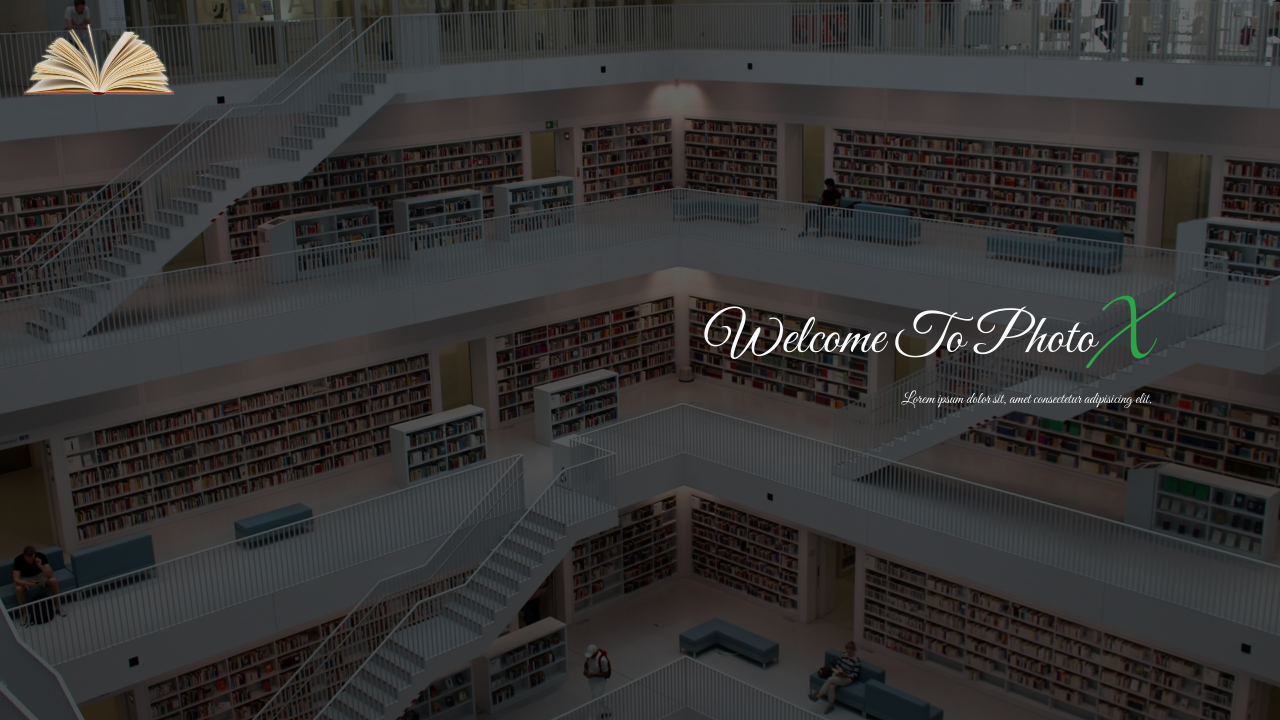
Repository: imedakrouti/BookStore
Page: index.html
An editor plug-in stored every save of this project. The page is shown before and after the next save, followed by the edit.
The browser window is 1280 px wide. The pictures show the whole page.
Backgrounds fixed to the window are drawn as part of the page. Some web libraries are served in a nearby version.

Above is the page before, as saved 2020-05-05 15:42:07.

### index.html
<!DOCTYPE html>
<html lang="en">
<head>
    <meta charset="UTF-8">
    <!-- meta view-port responsive design -->
    <meta name="viewport" content="width=device-width, initial-scale=1.0">
    <!-- Favicon -->
    <link rel="shortcut icon" href="images/img/title-img.png" type="image/x-icon">
    <!-- Fontawsome -->
    <link rel="stylesheet" href="https://use.fontawesome.com/releases/v5.0.10/css/all.css" integrity="sha384-+d0P83n9kaQMCwj8F4RJB66tzIwOKmrdb46+porD/OvrJ+37WqIM7UoBtwHO6Nlg" crossorigin="anonymous">
    <!-- Css Bootstrap -->
    <link rel="stylesheet" href="pluguin/bootstrap/css/bootstrap.min.css">
    <!-- Css style -->
    <link rel="stylesheet" href="styles/styles.css">
    <title>Books Site</title>
</head>
<body>
    <!-- Header -->
    <header>
        <div>
            <a href=""><img src="images/img/book.png"width="150px" class="img-fluid m-4" alt=""></a>
        </div>
       <!-- banner -->
       <div class="text-light text-md-right text-center banner">
        <h1 class="display-4 text-light"> Welcome To Photo<span class="text-uppercase text-success display-3">x</span></h1>
        <p class="leed ">Lorem ipsum dolor sit, amet consectetur adipisicing elit.</p>
         </div>

         <!-- End banner -->
    </header>
    <!-- End Of Header -->
<!-- Jquery -->
<script src="pluguin/jquery-3.3.1.min.js"></script>
<!-- Popper js -->
<script src="pluguin/popper.js"></script>
<!-- Bootstrap js  -->
<script src="pluguin/bootstrap/js/bootstrap.min.js"></script>
<!-- Own js file -->
<script src="js/script.js"></script>
</body>
</html>

### styles/styles.css
@import url('https://fonts.googleapis.com/css?family=Great+Vibes&display=swap');

*{
    margin: 0;
    padding: 0;
    box-sizing:border-box;
}
body{
    font-family: 'Great Vibes', cursive;
}
a:hover{
    text-decoration: none;
}
header{
    height: 100vh;
    background:linear-gradient(rgba(0,0,0,0.6),rgba(0,0,0,0.7)),url('../images/img/header-bg.jpeg')no-repeat fixed center /cover;
}
.hero{
    display: flex;
    justify-content: center;
    align-items: center;
}
.banner{
    /* height: 100vh;
    display: flex;
    align-items:flex-end;
    width: 90%;
    justify-content: center;
    flex-direction: column; */

   position:absolute;
    top:50%;
    left: 50%;
    transform: translate(-50%,-50%);
    -webkit-transform: translate(-50%,-50%);
    -moz-transform: translate(-50%,-50%);
    -ms-transform: translate(-50%,-50%);
    -o-transform: translate(-50%,-50%);
    width: 80%;

    /* text-align: right; */
}

Loaded but not shown: pluguin/bootstrap/css/bootstrap.min.css (library); pluguin/jquery-3.3.1.min.js (library); pluguin/popper.js (library); pluguin/bootstrap/js/bootstrap.min.js (library); js/script.js (no stored copy; drawn as an empty file)

After the next save:
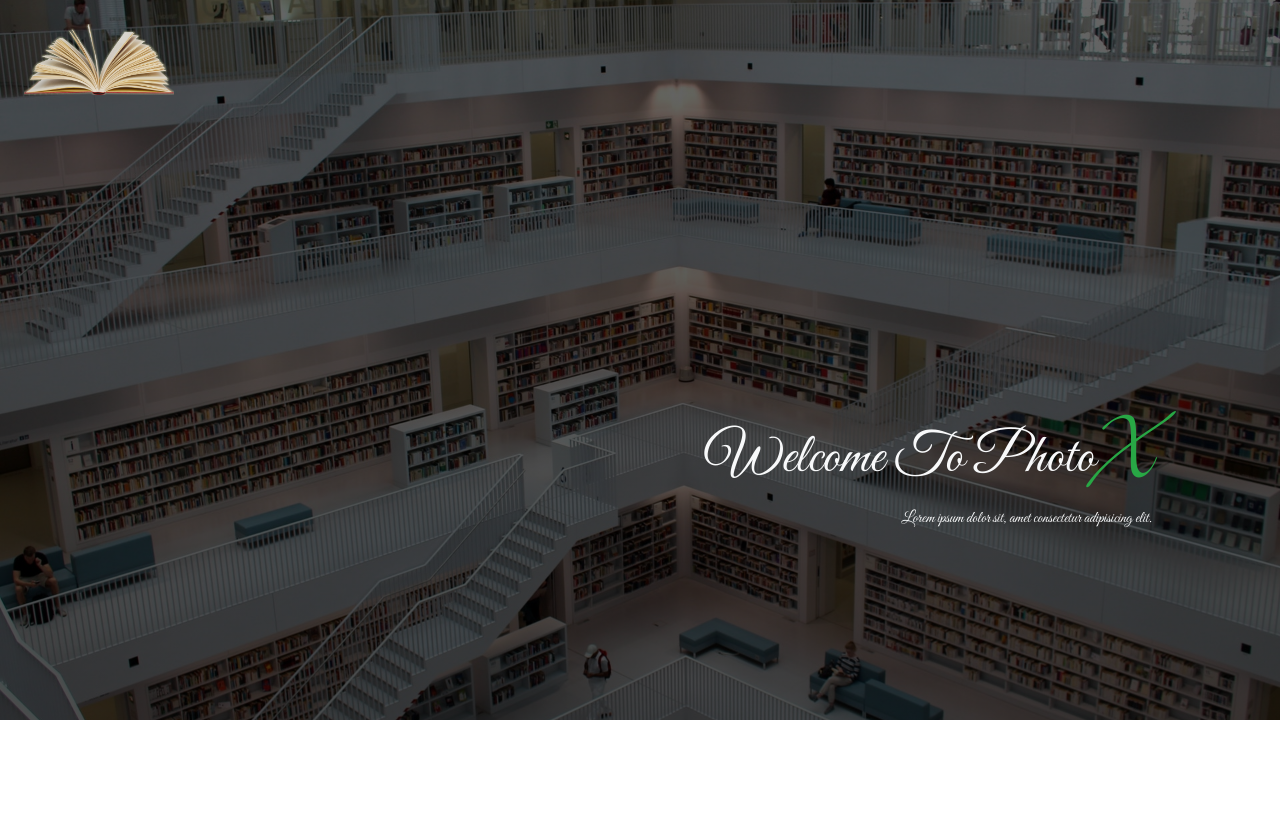
Saved 17 s later.
--- a/styles/styles.css
+++ b/styles/styles.css
@@ -21,14 +21,14 @@ header{
     align-items: center;
 }
 .banner{
-    /* height: 100vh;
+    height: 100vh;
     display: flex;
     align-items:flex-end;
     width: 90%;
     justify-content: center;
-    flex-direction: column; */
+    flex-direction: column;
 
-   position:absolute;
+   /* position:absolute;
     top:50%;
     left: 50%;
     transform: translate(-50%,-50%);
@@ -37,6 +37,6 @@ header{
     -ms-transform: translate(-50%,-50%);
     -o-transform: translate(-50%,-50%);
     width: 80%;
-
+     */
     /* text-align: right; */
 }

After the save that followed:
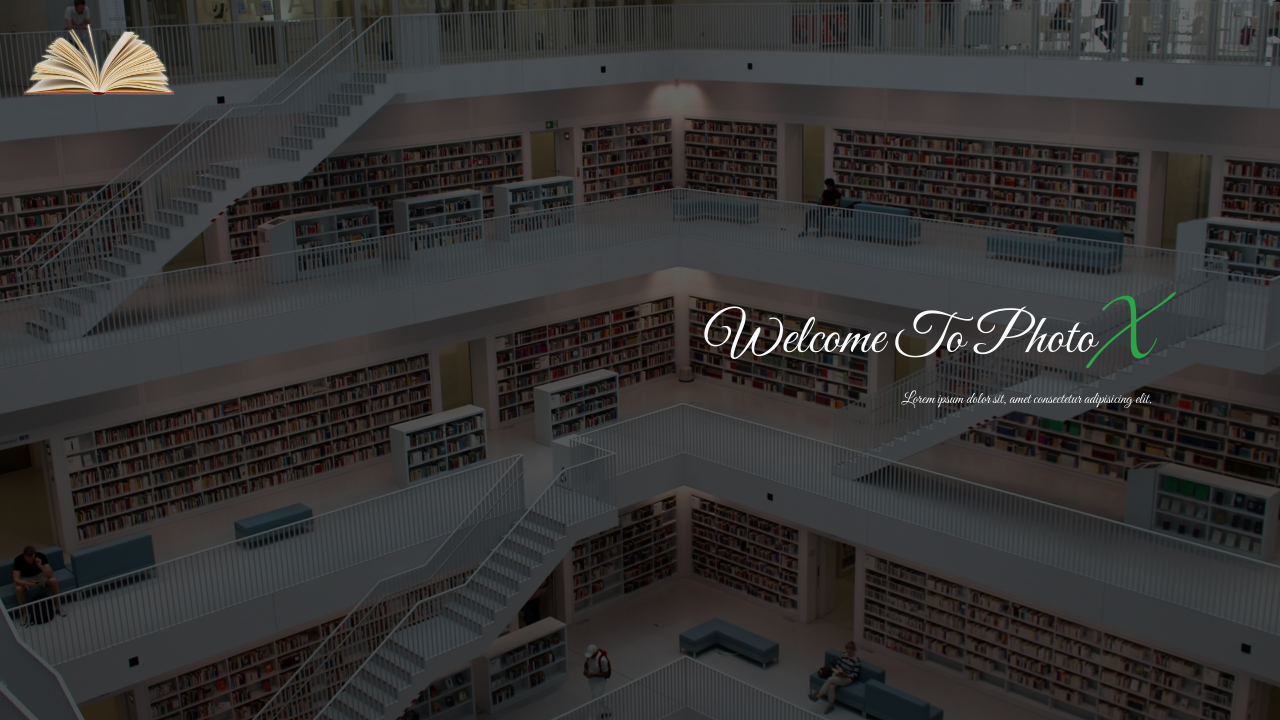
Saved 117 s later.
--- a/styles/styles.css
+++ b/styles/styles.css
@@ -21,14 +21,14 @@ header{
     align-items: center;
 }
 .banner{
-    height: 100vh;
+    /* height: 100vh;
     display: flex;
     align-items:flex-end;
     width: 90%;
     justify-content: center;
-    flex-direction: column;
+    flex-direction: column; */
 
-   /* position:absolute;
+   position:absolute;
     top:50%;
     left: 50%;
     transform: translate(-50%,-50%);
@@ -37,6 +37,6 @@ header{
     -ms-transform: translate(-50%,-50%);
     -o-transform: translate(-50%,-50%);
     width: 80%;
-     */
+
     /* text-align: right; */
 }
